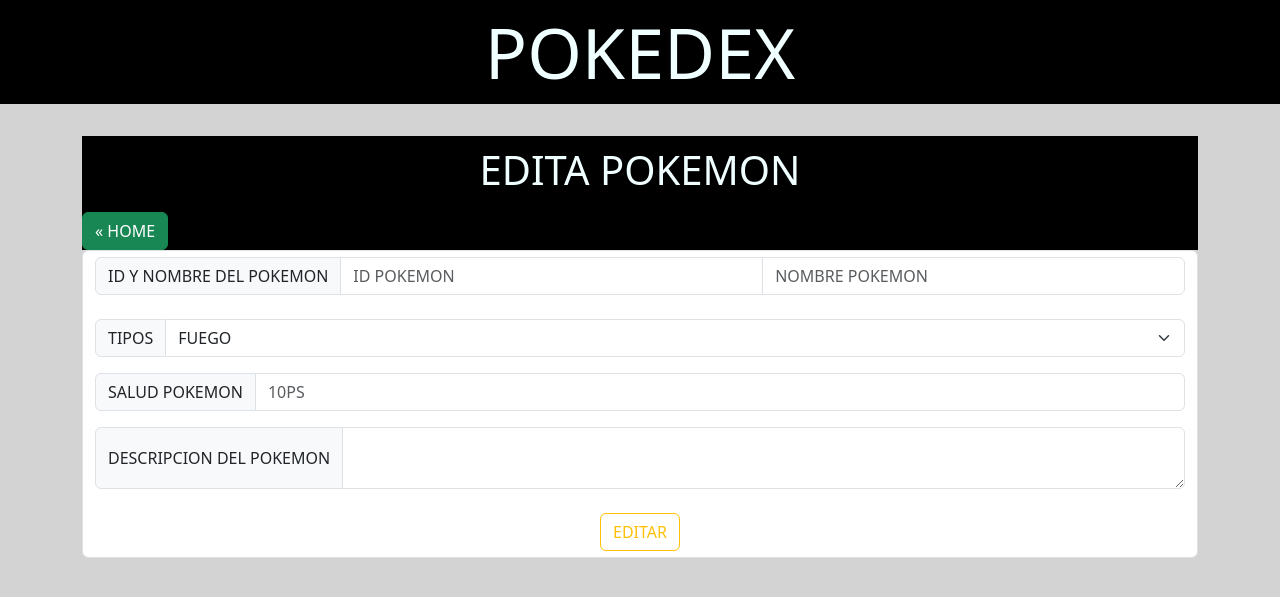
Repository: Edi521/Paginas-web-con-thymeleaf
Page: http://localhost/editar
An editor plug-in stored every save of this project. The page is shown before and after the next save, followed by the edit.
The browser window is 1280 px wide. The pictures show the whole page.
The page is this project's Thymeleaf template; nobody is signed in. The template is opened directly, without the code that normally fills it, so the values that code supplies are empty.

Above is the page before, as saved 2024-11-27 00:58:33.

### Pokedex/src/main/resources/templates/editar.html
<!DOCTYPE html>
<html lang="en">
<head>
    <meta charset="UTF-8">
    <meta name="viewport" content="width=device-width, initial-scale=1.0">
	<link href="https://cdn.jsdelivr.net/npm/bootstrap@5.3.3/dist/css/bootstrap.min.css" rel="stylesheet"
	 integrity="sha384-QWTKZyjpPEjISv5WaRU9OFeRpok6YctnYmDr5pNlyT2bRjXh0JMhjY6hW+ALEwIH" crossorigin="anonymous">
    <title>Pokedex</title>
</head>
<body style="background-color: lightgray;">

	<div style="background-color: black;">
		<h1 style="text-align: center; color: azure; font-size: 70px; padding: 10px;">POKEDEX</h1>
		<div style="text-align: center;">
		</div>
	</div>
	<br>
	<div class="container">

		<div  class="card-header" style="background-color: black;">
			<h2 style="text-align: center; color: azure; font-size: 40px; padding: 10px;">EDITA POKEMON</h2>
			<a type="button" class="btn btn-success" th:href="@{/}">  « HOME</a>
		</div>
		<div class="card-body">
			<div class="form-control">
				<form th:object="${pokemon}" method="post" th:action="@{/guardar}">

					<div class="input-group">
					  <span class="input-group-text">ID Y NOMBRE DEL POKEMON</span>
					  <input type="number" name="id" min="1" placeholder="ID POKEMON" class="form-control" th:field="*{idPokemon}" readonly>
					  <input type="text" name="nombre" placeholder="NOMBRE POKEMON"  class="form-control" th:field="*{nombre}" required>
					</div>

					<br>
					<div class="input-group mb-3">
					  <label class="input-group-text" for="inputGroupSelect01">TIPOS</label>
					  <select class="form-select" id="inputGroupSelect01" name="tipo" th:field="*{tipo}" required>
					    <option value="FUEGO">FUEGO</option>
					    <option value="AGUA">AGUA</option>
					    <option value="ELECTRICO">ELECTRICO</option>
					    <option value="BICHO">BICHO</option>
					  </select>
					</div>

					<div class="input-group mb-3">
					  <span class="input-group-text" id="basic-addon1">SALUD POKEMON</span>
					  <input type="number" class="form-control" placeholder="10PS" name="salud" th:field="*{salud}" required>
					</div>

					<div class="input-group">
					  <span class="input-group-text">DESCRIPCION DEL POKEMON</span>
					  <textarea class="form-control" name="descripcion" required th:field="*{descripcion}"></textarea>
					</div>
					<br>
					<div  class="card-footer" style="text-align: center;">
						<button class="btn btn-outline-warning" type="submit" name="Editar">EDITAR</button>
					</div>

				</form>
			</div>

		</div>


	</div>



</body>
</html>

After the next save:
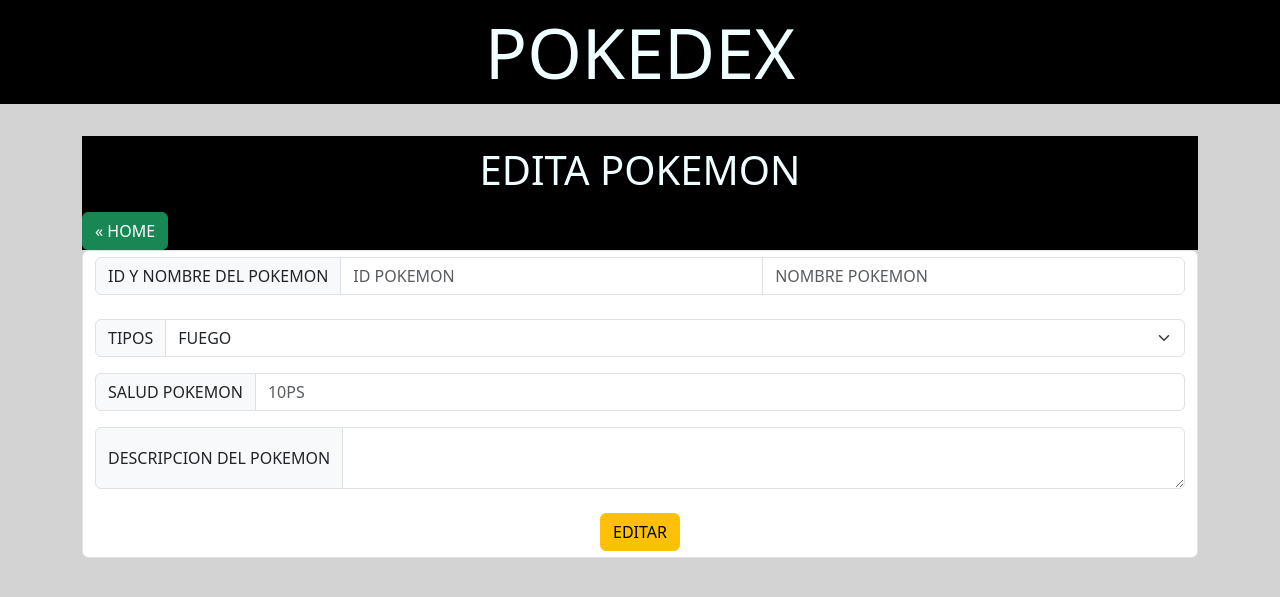
Saved 38 s later.
--- a/Pokedex/src/main/resources/templates/editar.html
+++ b/Pokedex/src/main/resources/templates/editar.html
@@ -53,7 +53,7 @@
 					</div>
 					<br>
 					<div  class="card-footer" style="text-align: center;">
-						<button class="btn btn-outline-warning" type="submit" name="Editar">EDITAR</button>
+						<button class="btn btn-warning" type="submit" name="Editar">EDITAR</button>
 					</div>
 
 				</form>
